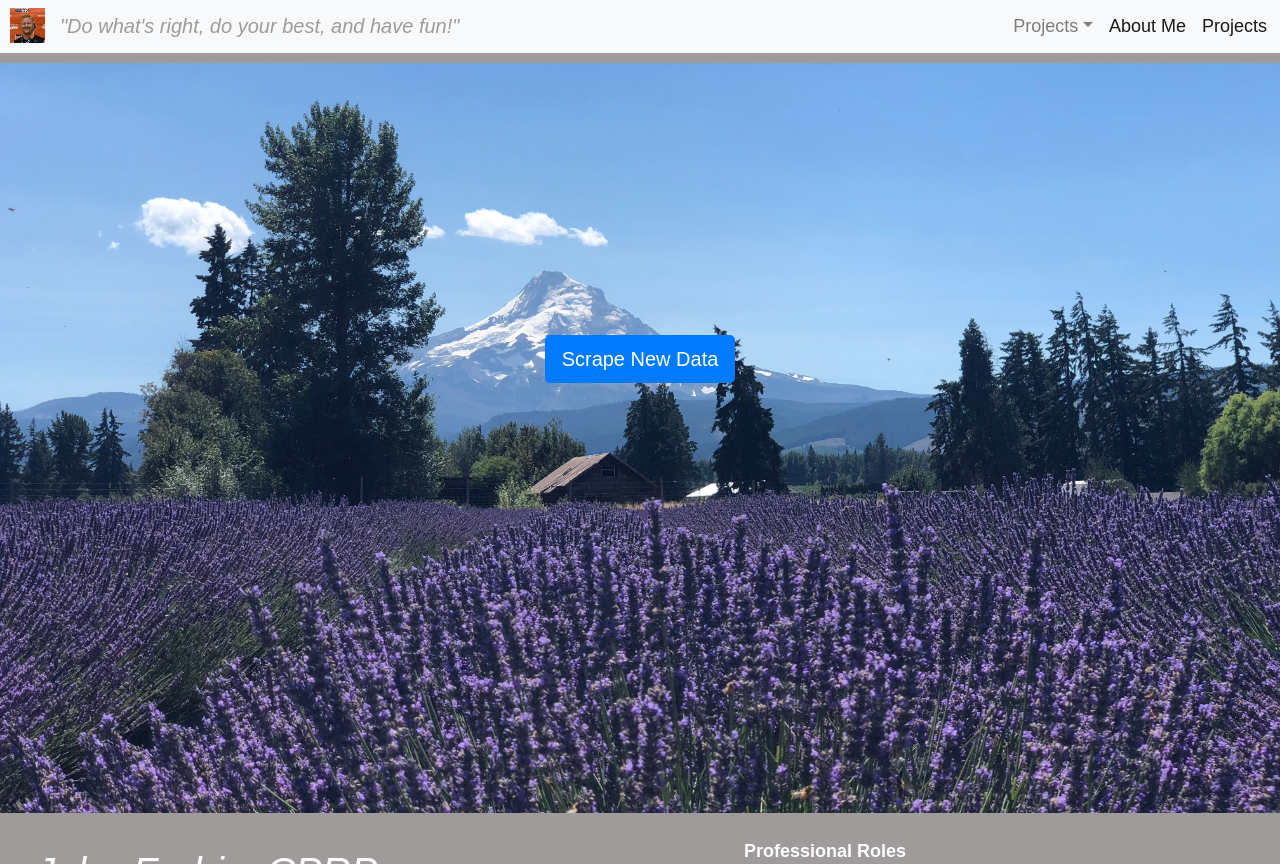
Repository: jforbis/john-forbis-data-analyst
Page: index.html
These files come from the project's save history. The page is drawn as it stood at one moment and after the next save; the edit follows.
The browser window is 1280 px wide. The pictures show the part of the page from y = 0 to 864 px (the page is 1970 px tall before and 1960 px after).
A picture or video elsewhere on the page could not be fetched, so the positions and the page height are approximate. Backgrounds fixed to the window are drawn as part of the page.

Above is the page before, as saved 2021-03-17 23:29:20.

### index.html
<!DOCTYPE html>
<html lang="en">

<head>
<meta charset="UTF-8">
<title class="text">John Forbis, CPRP</title>
<!--Bootstrap style sheet-->
<link rel="stylesheet" href="https://stackpath.bootstrapcdn.com/bootstrap/4.3.1/css/bootstrap.min.css" integrity="sha384-ggOyR0iXCbMQv3Xipma34MD+dH/1fQ784/j6cY/iJTQUOhcWr7x9JvoRxT2MZw1T" crossorigin="anonymous">
<!--link to style sheet-->
<link rel="stylesheet" type="text/css" href="static/css/style.css">
</head>

<!--Top Nav Bar-->
<nav class="navbar-expand-lg navbar-light bg-light nav-color navbar nav">
    <a class="navbar-brand" href="about_me.html">
        <img class="headshot-sm" src="resources/images/headshot.jpg">
    </a>
    <a class="navbar-brand" id="tagline" href="index.html"> <i>"Do what's right, do your best, and have fun!"</i></a>
    <button class="navbar-toggler" type="button" data-bs-toggle="collapse" data-bs-target="#navbarSupportedContent"
        aria-controls="navbarSupportedContent" aria-expanded="false" aria-label="Toggle navigation">
        <span class="navbar-toggler-icon"></span>
    </button>
    <div class="collapse navbar-collapse justify-content-end" id="navbarSupportedContent">
        <div class="nav navbar-nav navbar-right">
            <ul class="navbar-nav me-auto mb-2 mb-lg-0">
                <li class="nav-item dropdown">
                    <a class="nav-link dropdown-toggle" href="#" id="navbarDropdown" role="button"
                        data-bs-toggle="dropdown" aria-expanded="false">Projects</a>
                    <ul class="dropdown-menu" aria-labelledby="navbarDropdown">
                        <a class="dropdown-item" href="visualizations/maxtemp.html">Schooling</a>
                        <a class="dropdown-item" href="visualizations/humidity.html">Career</a>
                        <a class="dropdown-item" href="visualizations/cloudiness.html">Accolades</a>
                    </ul>
                </li>
                <li class="nav-item active">
                    <a class="nav-link" href="comparisons.html">About Me </a>
                </li>
                <li class="nav-item active">
                    <a class="nav-link" href="data.html">Projects </a>
                </li>
            </ul>
        </div>
    </div>
</nav>

<div class="wrapper">
    <nav class="navbar navbar-default">
        <div class="container-fluid">
        <div class="navbar-header">
            <!-- <a class="navbar-brand" href="index.html">UFO Sightings
            <img class="nav-ufo" src="resources/images/headshot.jpg">
            </a> -->
        </div>
        </div>
    </nav>
    <div class="hero text-center">
        <h1 class="text"><b>JOHN FORBIS, CPRP</b></h1>
        <p><a class="btn btn-primary btn-lg" href="resources/images/img_1779.jpg" role="button">Scrape New Data</a></p>
    </div>

<body>
    <h1><i>John Forbis, CPRP</i></h1>
    <hr>
    <table>
        <tr>
            <td>
                <div class="card" style="width: 40rem;">
                    <img src="Resources/assets/images/Fig1.png" class="card-img-top" alt="...">
                    <div class="card-body">
                    <h5 class="card-title">My brand:</h5>
                    <p class="card-text">
                        Data analyst with a passion for innovation, data analysis and keeping it fun!
                        <br>
                        <br>
                        With a background in public service, facility management, and leadership of
                        muli-level teams as well as extensive training in both leadership and data analytics
                        through the Leadership Intensive program by The Changing Point and the University
                        of Kansas Data Analytics boot camp respectively, I would make a great addition
                        to any team. Acquired skills in: advanced Excel, Python, Pandas, API calls,
                        SQL, Java Script and Machine Learning.
                        <br><br>
                        I enjoy a good problem needing solved
                        and love to utilize data to tell the story. I am a proven innovator in my
                        career with a ‘can-do’ mindset; always searching for new and better solutions.

                    </p>
                    <a href="https://www.linkedin.com/in/john-forbis-cprp-96921513/" class="btn btn-primary">Connect with me!</a>
                    </div>
                </div>
            </td>
            <td style="vertical-align:bottom">
                <div class="second_card" style="width: 40rem;">
                        <div class="card-body">
                            <table>
                                <tr>
                                <th colspan=2>Professional Roles</th>
                                </tr>
                                <tr>
                                <td id="career-img">CivicPlus | Implementation Consultant
                                    <a href="cp.html">
                                        <img src="resources/images/cr.png" class="card-img-top" alt="...">
                                    </a>
                                </td>
                                <td>Humidity
                                    <a href="visualizations/humidity.html">
                                        <img src="Resources/assets/images/Fig2.png" class="card-img-top" alt="...">
                                    </a>
                                </td>
                                </tr>
                                <tr>
                                    <td>Cloudiness
                                        <a href="visualizations/cloudiness.html">
                                            <img src="Resources/assets/images/Fig3.png" class="card-img-top" alt="...">
                                    </a>
                                    </td>
                                    <td>Wind Speed
                                        <a href="visualizations/windspeed.html">
                                            <img src="Resources/assets/images/Fig3.png" class="card-img-top" alt="...">
                                        </a>
                                    </td>
                                </tr>
                                <tr>
                                    <td>
                                        </br>
                                        </br>
                                        </br>
                                        </br>
                                        </br>
                                        </br>
                                        </br>
                                        </br>
                                        </br>
                                    </td>
                                </tr>
                                <tr>
                                    <td></td>
                                </tr>
                                <tr>
                                    <td></td>
                                </tr>
                                <tr>
                                    <td></td>
                                </tr>
                                <tr>
                                    <td></td>
                                </tr>
                                <tr>
                                    <td></td>
                                </tr>
                                <tr>
                                    <td></td>
                                </tr>
                            </table>
                        </div>
                </div>
            </td>
        </tr>
    </table>
</div>
</body>

<!--<table>
    <tr>
      <th>Month</th>
      <th>Savings</th>
    </tr>
    <tr>
      <td>January</td>
      <td>$100</td>
    </tr>
    <tr>
      <td>February</td>
      <td>$80</td>
    </tr>
    <tr>
      <td colspan="2">Sum: $180</td>
    </tr>
  </table>-->

### static/css/style.css
/* Styling for HTML elements */
body {
padding: 0;
margin: 0;
font-family: Georgia, "Times New Roman", Times, serif;
font-size: 18px;
line-height: 150%;
color: rgb(255, 255, 255);
background: #9f9b9b;
}

#career-img {
    width: 30px;
}
.dropdown {
position: relative;
display: inline-block;
}

.dropdown-menu {
display: none;
position: absolute;
background-color: #f9f9f9;
min-width: 160px;
box-shadow: 0px 8px 16px 0px rgba(0,0,0,0.2);
padding: 12px 16px;
z-index: 1;
}

.dropdown:hover .dropdown-menu {
display: block;
}

h1 {
padding: 25px;
margin: 10px;
color: white
}

h3 {
margin-left: 35px;
color: white;
font-size: 16px
}

hr {
height: 2px;
background-color: white
}

.card {
color: #9f9b9b;
font-size: 14px;
margin-left: 40px;
margin-top: top;
border-color: #9f9b9b;
vertical-align: text-top
}

.second_card {
margin-top: -140px;
margin-left: 40px
}

.card-img-top {
width: 90%;
height: auto;
}

.card-title {
font-size: 18px
}

.top_row {
position: sticky;
top: 0;
background-color: #353A3F;
}

.navbar-expand-lg navbar-light bg-light nav-color navbar nav {
position: sticky;
top: 0;
}

* {
box-sizing: border-box;
font-family: Ubuntu, sans-serif;
}

html,
body {
height: 100%;
padding: 0;
margin: 0;
}

/* The wrapper contains all of the page's content besides the footer, which is pushed to the bottom of the page */
.wrapper {
position: relative;
min-height: 100%;
padding-bottom: 130px;
overflow: auto;
}

/* The footer is positioned at the bottom of the page */
.footer {
position: absolute;
right: 0;
bottom: 0;
left: 0;
min-height: 100px;
background: #4e5d6c;
}

/* The code styles the text at the bottom of the footer */
.footer > .bottom {
position: absolute;
right: 0;
bottom: 0;
left: 0;
padding: 5px;
background: #1b3146;
}

.navbar {
padding: 5px;
margin: 0;
}

/* This CSS styles the photo in the navbar */
.headshot-sm {
position: absolute;
bottom: 10px;
left: 10px;
width: 35px;
color: white;
}

#tagline {
    position: absolute;
    left: 60px;
    font-family: verdana;
    color: #9f9b9b;
}

/* Adding styles to the aside and filter form */
.ufo-form {
margin-top: 50px;
}

.filters .panel-body {
padding: 0;
}

.filters {
margin-top: 10px;
}

select {
display: block;
width: 100%;
padding: 8px;
color: #8e979f;
outline: none;
}

#table-area th {
text-align: center;
}

#table-area th:first-child,
#table-area th:nth-child(2),
#table-area th:nth-child(6) {
min-width: 70px;
}

.loader {
margin-top: 50px;
}

.margin-top-50 {
margin-top: 50px;
}

/* The styles for the parallax */
.hero {
position: relative;
height: 750px;
padding: 10px;
margin: 0;
background-image: url("../../resources/images/IMG_1779.jpg");
background-attachment: fixed;
background-position: bottom center;
background-size: cover;
}

.hero h1 {
margin-top: 200px;
font-size: 0.1rem;
animation: title 1.2s forwards linear;
}

.hero p {
font-size: 2rem;
opacity: 0;
animation: subtitle 1.2s forwards linear;
animation-delay: 1.2s;
}

/* input placeholder color changes */
.form-control::-webkit-input-placeholder {
/* Chrome/Opera/Safari */
color: #8e979f;
}

.form-control::-moz-placeholder {
/* Firefox 19+ */
color: #8e979f;
}

.form-control:-ms-input-placeholder {
/* IE 10+ */
color: #8e979f;
}

.form-control:-moz-placeholder {
/* Firefox 18- */
color: #8e979f;
}

/* media queries which will only be activated at specific screen sizes */
@media (max-width: 800px) {
#table-area td {
    font-size: 1em;
}
}

@media (max-width: 500px) {
#table-area thead {
    display: none;
}

#table-area tr td:first-child {
    font-size: 1.8em;
    font-weight: bold;
    background: #1b3146;
}

#table-area tr td:last-child {
    margin-bottom: 20px;
}

#table-area tr td:last-child::after {
    display: block;
    width: 100%;
    height: 1px;
    margin-top: 20px;
    content: " ";
    background: aliceblue;
}

#table-area td {
    font-size: 1.25em;
}

#table-area tbody td {
    display: block;
    text-align: center;
}

#table-area tbody td::before {
    display: block;
    font-size: 1.4em;
    font-weight: bold;
    text-align: center;
    content: attr(data-th);
}

.hero h1 {
    animation: smaller-title 1.2s forwards linear;
}
}

/* keyframe animations which will be used to animate the title */
@keyframes title {
from {
    opacity: 0;
}

to {
    font-size: 7.5rem;
    opacity: 1;
}
}

@keyframes smaller-title {
from {
    opacity: 0;
}

to {
    font-size: 5.5rem;
    opacity: 1;
}
}

@keyframes subtitle {
from {
    opacity: 0;
}

to {
    opacity: 1;
}
}

After the next save:
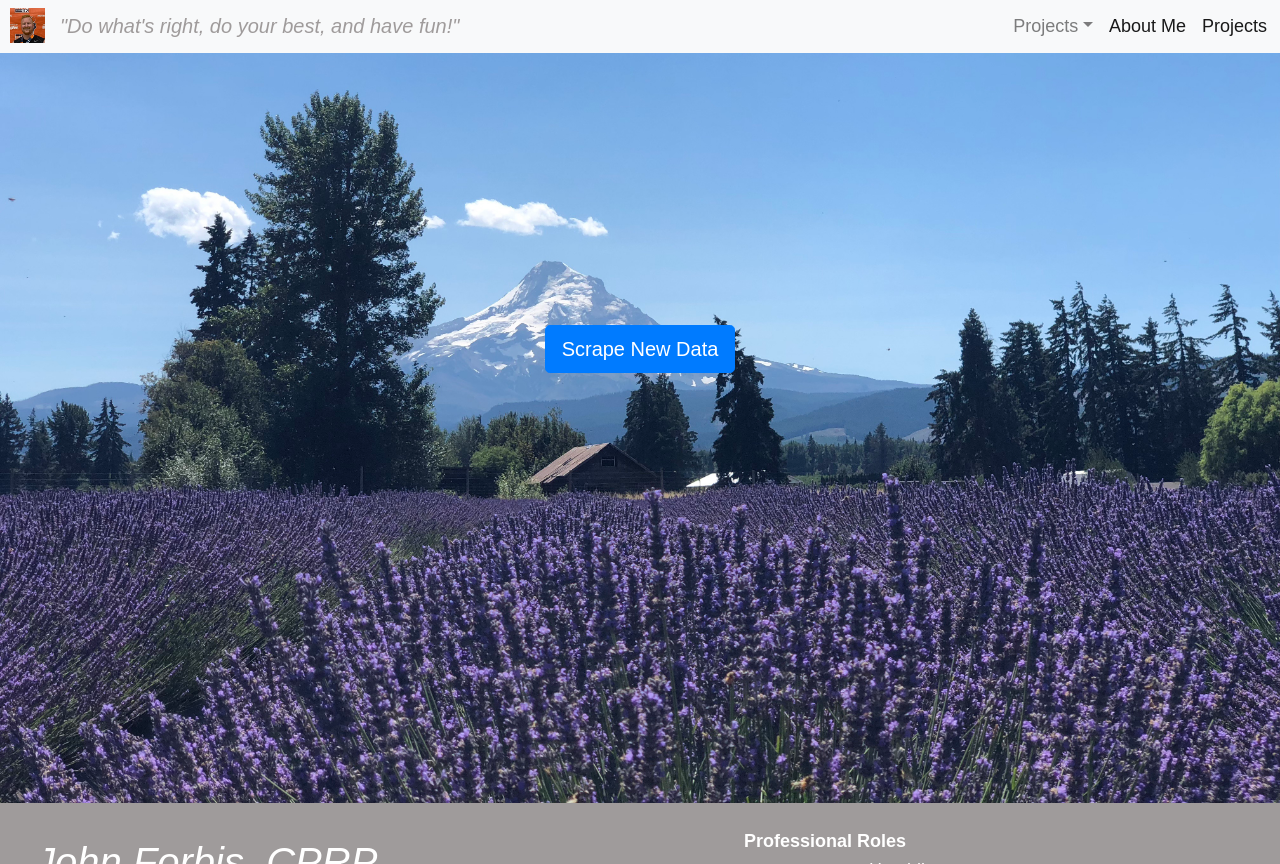
Saved 91 s later.
--- a/index.html
+++ b/index.html
@@ -44,15 +44,15 @@
 </nav>
 
 <div class="wrapper">
-    <nav class="navbar navbar-default">
+    <!-- <nav class="navbar navbar-default">
         <div class="container-fluid">
         <div class="navbar-header">
             <!-- <a class="navbar-brand" href="index.html">UFO Sightings
             <img class="nav-ufo" src="resources/images/headshot.jpg">
             </a> -->
+        <!-- </div>
         </div>
-        </div>
-    </nav>
+    </nav> -->
     <div class="hero text-center">
         <h1 class="text"><b>JOHN FORBIS, CPRP</b></h1>
         <p><a class="btn btn-primary btn-lg" href="resources/images/img_1779.jpg" role="button">Scrape New Data</a></p>
